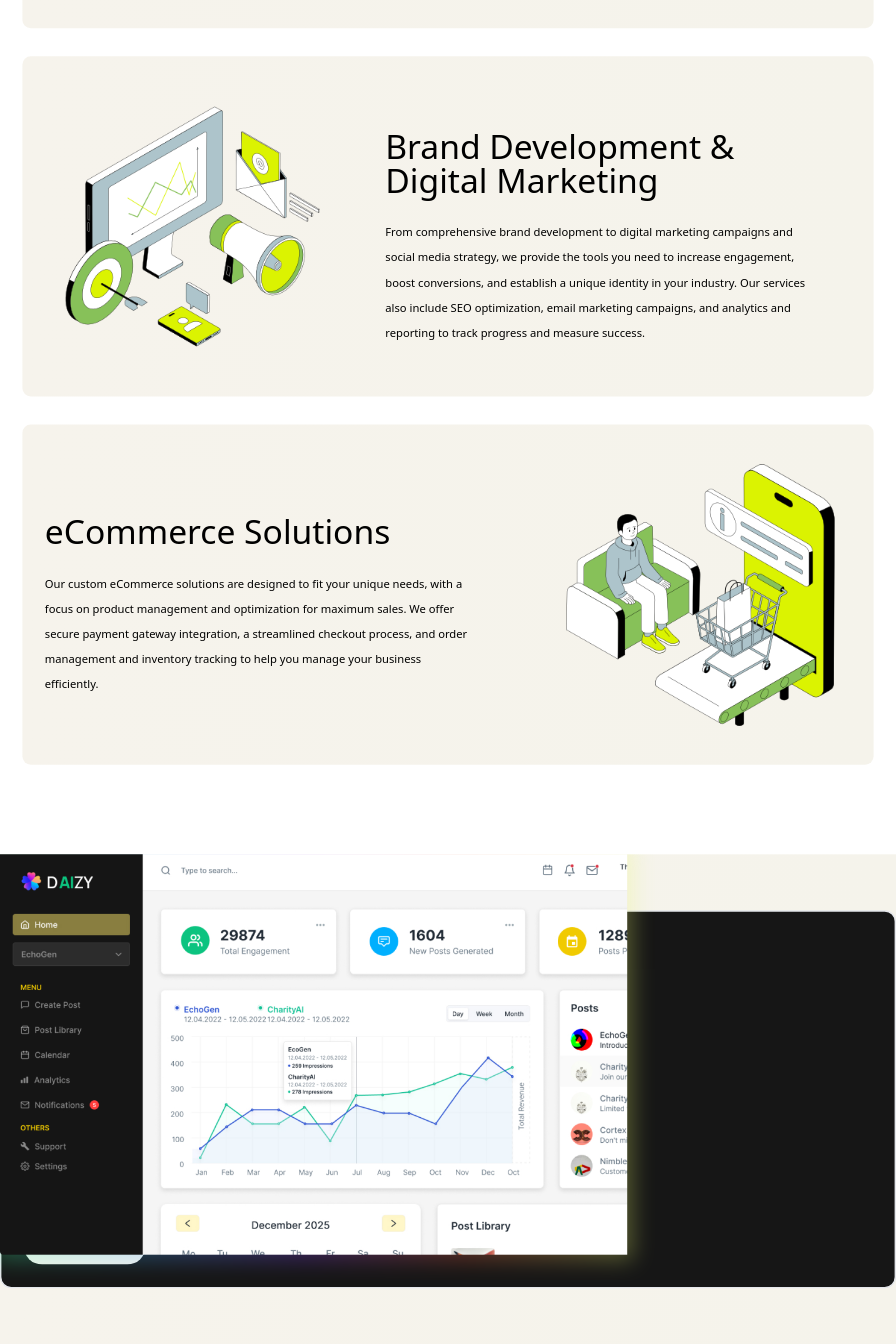
Repository: ornelasedward/mired_website
Page: /
The author's editor kept a copy of each file at every save. The page is drawn from the files as they stood at one save, then again after the next save.
The browser window is 1280 px wide. The pictures show the part of the page from y = 2609 to 4529 px (the page is 4529 px tall), at 70% of full size.
The project was rebuilt for these pictures with package versions that can differ from the ones it lists, and the page was loaded fresh each time. The framework's server and built-in components were replaced by stand-ins that run in the browser. Also part of the build but not shown: next.config.js.

Above is the page before, as saved 2023-03-30 18:50:25.

After the next save:
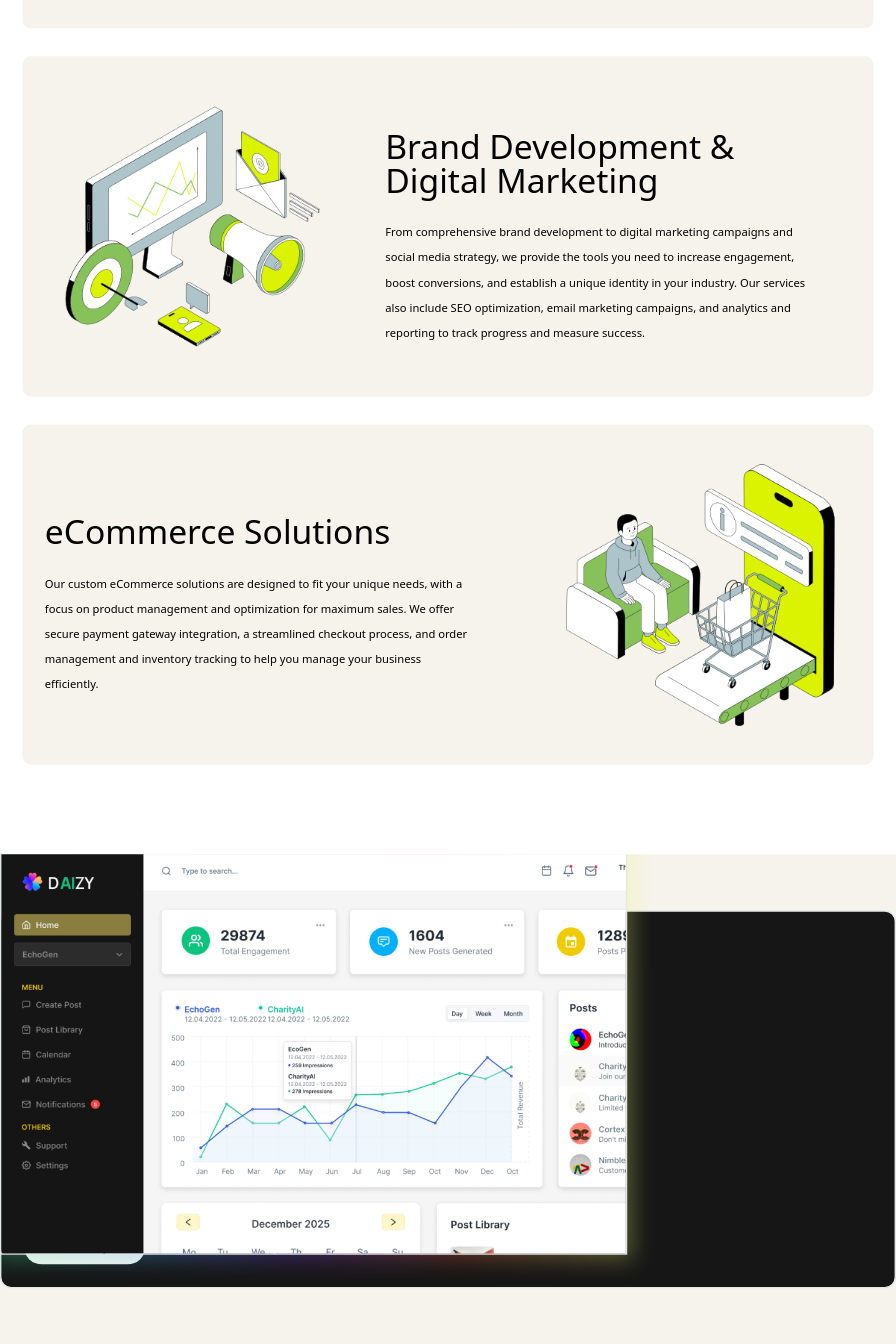
Saved 9 s later.
--- a/components/CTA.tsx
+++ b/components/CTA.tsx
@@ -156,7 +156,7 @@
             <div className="relative">
               <div className="aspect-w-16 aspect-h-12 lg:aspect-none">
                 <Image
-                  className="object-cover object-left-top w-full h-full lg:max-w-4xl 2xl:max-w-5xl"
+                  className="object-cover object-left-top w-full h-full lg:max-w-4xl 2xl:max-w-5xl border-2"
                   src={Dashboard}
                   alt=""
                   width={1000}
